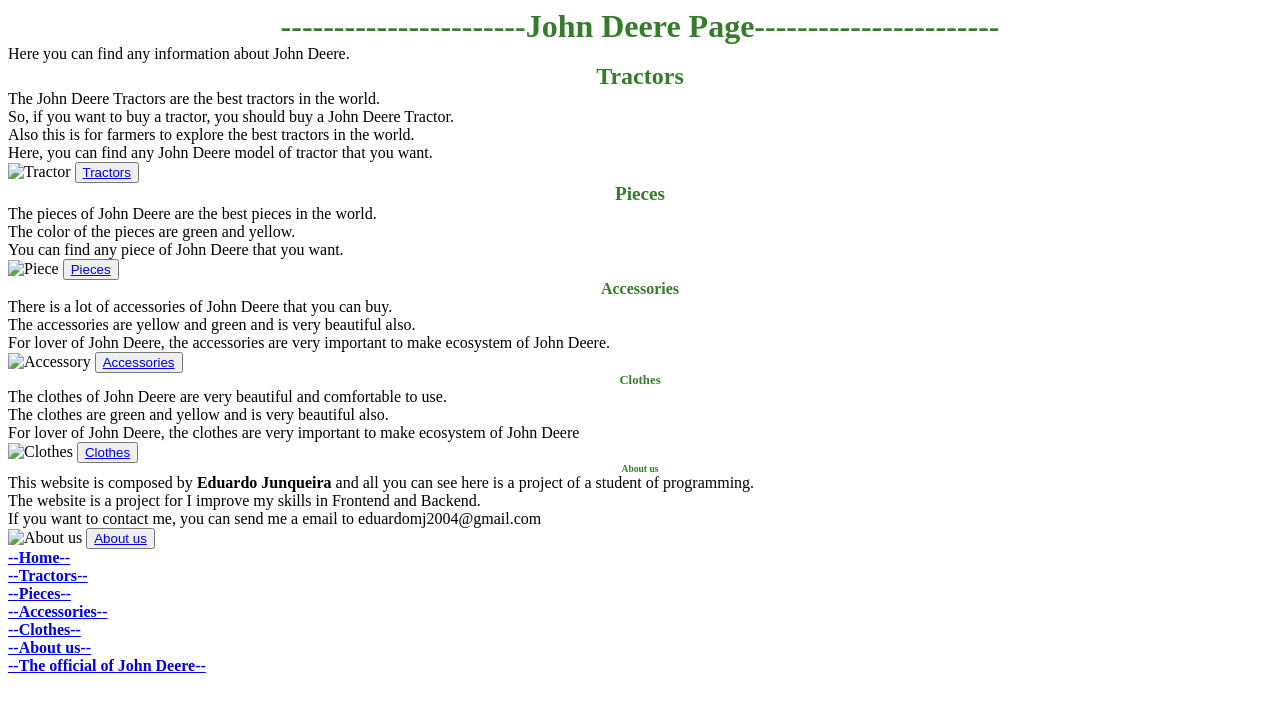
Repository: EduardoJunqueira2004/WEBJohnDeere
Page: HTML/index.html
An editor plug-in stored every save of this project. The page is shown before and after a run of saves, followed by the edit.
The browser window is 1280 px wide. The pictures show the whole page.

Above is the page before, as saved 2024-12-07 16:08:33.

After the next 4 saves:
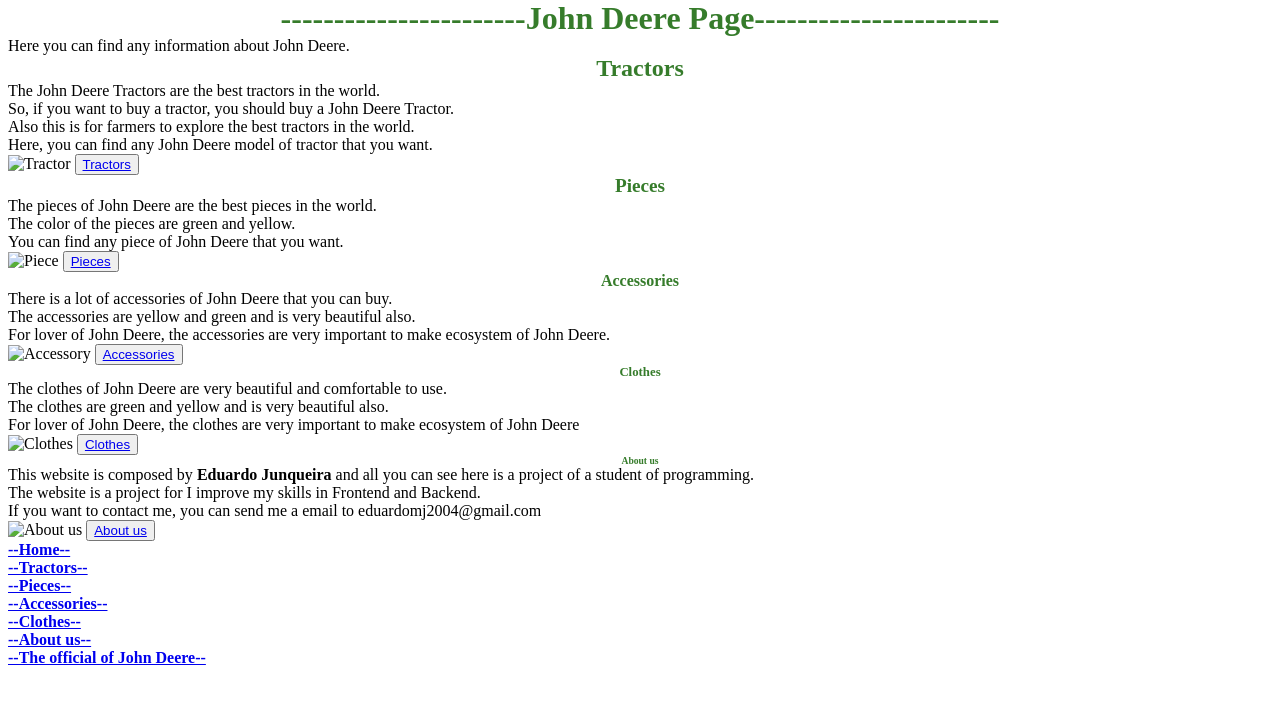
The 4 saves are shown as one change because they came seconds apart.
The last was saved 11 s later.
--- a/CSS/index.css
+++ b/CSS/index.css
@@ -1,6 +1,11 @@
 /* This file contains the CSS for the index.html file */
 /*John Deere green and yellow */
-/*p
+/*propriedades redundadntes*/
+* {
+    margin-top: 0;
+    margin-bottom: 0;
+}
+
 /*header1*/
 h1{
     color: #367C2B;
